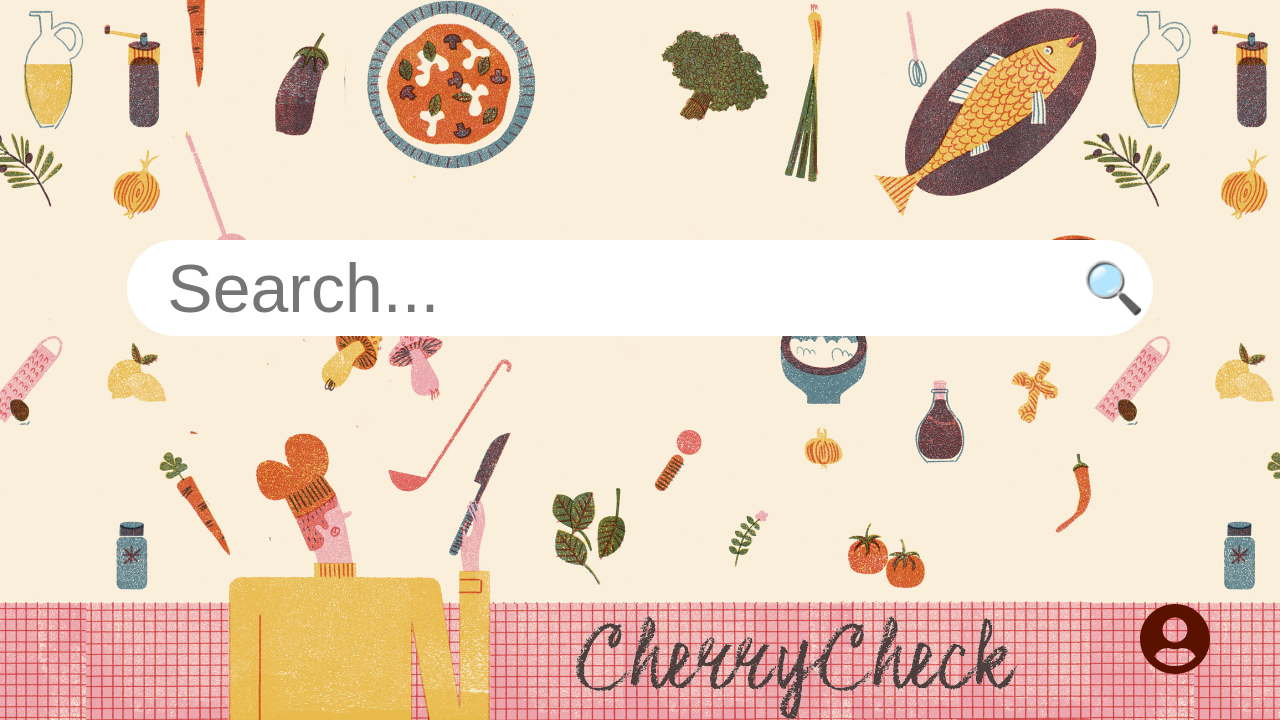
Repository: ChakavakNojavan/CherryCheck
Page: / (app in client/)
An editor plug-in stored every save of this project. The page is shown before and after the next save, followed by the edit.
The browser window is 1280 px wide. The pictures show the whole page.
The project was rebuilt for these pictures with package versions that can differ from the ones it lists, and the page was loaded fresh each time. Also part of the build but not shown: client/src/components/Loading.js, client/src/components/SingleProduct.js, client/src/components/UserProfile.js. Imported but missing from the stored project, and not drawn on this page: client/src/components/LogoutButton.

Above is the page before, as saved 2023-04-12 12:10:54.

### client/public/index.html
<!DOCTYPE html>
<html lang="en">
  <head>
    <meta charset="utf-8" />
    <meta name="viewport" content="width=device-width, initial-scale=1" />
    <link
      href="https://fonts.googleapis.com/css2?family=Jost&display=swap"
      rel="stylesheet"
    />
    <title>Welcome to CherryCheck!</title>
  </head>
  <body>
    <noscript>You need to enable JavaScript to run this app.</noscript>
    <div id="root"></div>
    <!--
      This HTML file is a template.
      If you open it directly in the browser, you will see an empty page.

      You can add webfonts, meta tags, or analytics to this file.
      The build step will place the bundled scripts into the <body> tag.

      To begin the development, run `npm start` or `yarn start`.
      To create a production bundle, use `npm run build` or `yarn build`.
    -->
  </body>
</html>

### client/src/index.js
import React from "react";
import ReactDOM from "react-dom";
import App from "./components/App";
import { Auth0Provider } from "@auth0/auth0-react";

const domain = process.env.REACT_APP_AUTH0_DOMAIN;
const clientId = process.env.REACT_APP_AUTH0_CLIENT_ID;

ReactDOM.render(
  <React.StrictMode>
    <Auth0Provider
      domain={domain}
      clientId={clientId}
      redirectUri={window.location.origin}
    >
      <App />
    </Auth0Provider>
  </React.StrictMode>,
  document.getElementById("root")
);

### client/src/components/App.js
import React, { useEffect, useState } from "react";
import { BrowserRouter, Route, Link, Routes } from "react-router-dom";
import FoodSearch from "./FoodSearch";
import HomePage from "./HomePage";
import SingleProduct from "./SingleProduct";
import { useAuth0 } from "@auth0/auth0-react";
import Profile from "./UserProfile";
import axios from "axios";
import GlobalStyles from "../GlobalStyles";

const App = () => {
  const { isAuthenticated, user: auth0User } = useAuth0();
  const [dbUser, setDbUser] = useState(null);

  useEffect(() => {
    const handleAuthenticatedUser = async (user) => {
      try {
        const response = await axios.post("http://localhost:8000/api/users", {
          user,
        });
        const fetchedDbUser = response.data;
        console.log("User from the database:", fetchedDbUser);
        setDbUser(fetchedDbUser);
      } catch (error) {
        console.error("Error registering or logging in the user:", error);
      }
    };

    if (isAuthenticated && auth0User) {
      handleAuthenticatedUser(auth0User);
    }
  }, [isAuthenticated, auth0User]);

  return (
    <BrowserRouter>
      <GlobalStyles />
      <Routes>
        <Route
          path="/"
          element={<HomePage isAuthenticated={isAuthenticated} />}
        />
        <Route
          path="/search"
          element={<FoodSearch isAuthenticated={isAuthenticated} />}
        />
        <Route
          path="/products/:code"
          element={
            <SingleProduct
              userId={dbUser?._id}
              isAuthenticated={isAuthenticated}
            />
          }
        />
        <Route
          path="/profile"
          element={<Profile isAuthenticated={isAuthenticated} />}
        />

        <Route path="*" element={<h1>404: Oops!</h1>} />
      </Routes>
    </BrowserRouter>
  );
};

export default App;

### client/src/components/FoodSearch.js
import React, { useState, useEffect } from "react";
import { Link, useNavigate } from "react-router-dom";
import styled from "styled-components";
import axios from "axios";

const FoodSearchContainer = styled.div`
  padding: 50px;
  border-radius: 50px;
  position: fixed;
  top: 190px;
`;

const Suggestions = styled.div`
  position: absolute;
  background-color: white;
  border: 1px solid rgb(250, 239, 219);
  border-radius: 5px;
  max-height: 200px;
  overflow-y: auto;
  z-index: 1;
  left: 70px;
  top: 150px;
  width: 80%;
  box-sizing: border-box;
`;

const Suggestion = styled.div`
  display: flex;
  align-items: center;
  padding: 8px 16px;
  cursor: pointer;
  width: 100%;
  box-sizing: border-box;

  &:hover {
    background-color: #f1f1f1;
  }
`;

const ProductImage = styled.img`
  width: 40px;
  height: 40px;
  margin-right: 8px;
  object-fit: cover;
`;

const StyledLink = styled(Link)`
  text-decoration: none;
  color: inherit;
`;

const SearchBox = styled.div`
  position: relative;
  display: flex;
  align-items: center;
  background-color: rgba(255, 255, 255, 1);
  border-radius: 50px;
  padding: 8px;
`;

const SearchInput = styled.input`
  border: none;
  outline: none;
  width: 100%;
  font-size: 68px;
  border-radius: 50px;
  margin: 0 30px;
`;

const MagnifierIcon = styled.div`
  font-size: 50px;
  margin-left: 8px;
  cursor: pointer;
`;

const FoodSearch = () => {
  const [searchTerm, setSearchTerm] = useState("");
  const [products, setProducts] = useState([]);
  const navigate = useNavigate();

  const handleSearchChange = (e) => {
    setSearchTerm(e.target.value);
  };

  useEffect(() => {
    if (searchTerm) {
      searchProducts();
    } else {
      setProducts([]);
    }
  }, [searchTerm]);

  const searchProducts = async () => {
    try {
      if (searchTerm.trim() !== "") {
        const response = await axios.get(
          `http://localhost:8000/api/search?searchTerm=${searchTerm}`
        );
        console.log("Response:", response);
        setProducts(response.data.products);
      } else {
        setProducts([]);
      }
    } catch (error) {
      console.error("An error occurred while searching for products:", error);
    }
  };

  const handleSuggestionClick = (code) => {
    navigate(`/products/${code}`);
  };

  return (
    <FoodSearchContainer>
      <SearchBox>
        <SearchInput
          type="text"
          placeholder="Search..."
          value={searchTerm}
          onChange={handleSearchChange}
          autoComplete="off"
        />
        <MagnifierIcon onClick={searchProducts}>&#128269;</MagnifierIcon>
      </SearchBox>
      {products.length > 0 && (
        <Suggestions>
          {products.map((product) => (
            <Suggestion
              key={product.id}
              onClick={() => handleSuggestionClick(product.id)}
            >
              <ProductImage
                src={product.image_small_url}
                alt={product.product_name}
              />
              <StyledLink to={`/products/${product.id}`}>
                {product.product_name}
              </StyledLink>
            </Suggestion>
          ))}
        </Suggestions>
      )}
    </FoodSearchContainer>
  );
};

export default FoodSearch;

### client/src/components/HomePage.js
import React from "react";
import styled from "styled-components";
import backgroundImage from "./assets/BG.png";
import Auth0 from "./Auth0";
import FoodSearch from "./FoodSearch";

const Wrapper = styled.div`
  background-image: url(${backgroundImage});
  background-size: auto 100%;
  background-position: center bottom;
  min-height: 100vh;
  display: flex;
  flex-direction: column;
  justify-content: center;
  align-items: center;
`;
const Auth0Container = styled.div`
  position: absolute;
  bottom: 28px;
  right: 70px;
`;
const HomePage = () => {
  return (
    <>
      <Wrapper>
        <FoodSearch />
        <Auth0Container>
          <Auth0 />
        </Auth0Container>
      </Wrapper>
    </>
  );
};

export default HomePage;

### client/src/GlobalStyles.js
import { createGlobalStyle } from "styled-components";
export default createGlobalStyle`

// Define global CSS variables for consistent use throughout the app
:root{
  --color-blue-gray: #559EE1;
  --color-charcoal: #233D4D;
  --color-pumpkin: #FE7F2D;
  --color-sunglow: #FCCA46;
  --color-olivine: #A1C181;
  --font-headers: 'Jost', sans-serif; // Update the font family for headers
  --font-all:'Jost', sans-serif; // Update the font family for all text

}
/* Apply a reset to all HTML elements for consistent styling across browsers */
html, body, div, span, applet, object, iframe,
h1, h2, h3, h4, h5, h6, p, blockquote, pre,
a, abbr, acronym, address, big, cite, code,
del, dfn, em, img, ins, kbd, q, s, samp,
small, strike, strong, sub, sup, tt, var,
b, u, i, center,
dl, dt, dd, ol, ul, li,
fieldset, form, label, legend,
table, caption, tbody, tfoot, thead, tr, th, td,
article, aside, canvas, details, embed,
figure, figcaption, footer, header, hgroup,
menu, nav, output, ruby, section, summary,
time, mark, audio, video {
	margin: 0;
	padding: 0;
	border: 0;
	font-size: 100%;
	font: inherit;
	vertical-align: baseline;
}
/* HTML5 display-role reset for older browsers */
article, aside, details, figcaption, figure,
footer, header, hgroup, menu, nav, section {
	display: block;
}
/* Set the line-height of the body to 1 for consistent spacing */
body {
	line-height: 1;
}
/* Remove bullet points from lists */
ol, ul {
	list-style: none;
}
/* Remove quotation marks from blockquotes and quotes */
blockquote, q {
	quotes: none;
}
blockquote:before, blockquote:after,
q:before, q:after {
	content: '';
	content: none;
}
/* Remove table borders and spacing */
table {
	border-collapse: collapse;
	border-spacing: 0;
}
/* Set font-family and color for paragraphs, list items, and spans */
p,li,span{
  font-family: var(--font-all);
  color: var(--color-charcoal);
}
/* Set font-family for buttons and labels */
button{
  font-family:  var(--font-all);
}
label{
  font-family: var(--font-all)
}
/* Set font-family and color for headings */
h1, h2, h3, h4, h5, h6{
  font-family: var(--font-headers);
  color: var(--color-charcoal);
}
`;

### client/src/components/Auth0.js
import React, { useEffect, useState } from "react";
import { useNavigate } from "react-router-dom";
import { useAuth0 } from "@auth0/auth0-react";
import axios from "axios";
import LoginButton from "./LoginButton";

const Auth0 = () => {
  const navigate = useNavigate();
  const { isAuthenticated, user: auth0User } = useAuth0();
  const [dbUser, setDbUser] = useState(null);

  useEffect(() => {
    const handleAuthenticatedUser = async (user) => {
      try {
        const response = await axios.post("http://localhost:8000/api/users", {
          user,
        });
        const fetchedDbUser = response.data;
        console.log("User from the database:", fetchedDbUser);
        setDbUser(fetchedDbUser);
      } catch (error) {
        console.error("Error registering or logging in the user:", error);
      }
    };

    if (isAuthenticated && auth0User) {
      handleAuthenticatedUser(auth0User);
    }
  }, [isAuthenticated, auth0User]);

  const handleClick = () => {
    if (isAuthenticated) {
      navigate("/profile");
    }
  };

  return (
    <div onClick={handleClick}>
      {isAuthenticated && auth0User ? (
        <img
          src={auth0User.picture}
          alt={auth0User.name}
          style={{ borderRadius: "50%", cursor: "pointer" }}
        />
      ) : (
        <LoginButton />
      )}
    </div>
  );
};

export default Auth0;

### client/src/components/LoginButton.js
import React from "react";
import { useAuth0 } from "@auth0/auth0-react";
import { FaUserCircle } from "react-icons/fa";
import styled from "styled-components";

const Icon = styled(FaUserCircle)`
  font-size: 100px;
  color: rgb(91, 17, 0);
  pointer-events: none;
`;

const IconContainer = styled.div`
  display: inline-flex;
  align-items: center;
  justify-content: center;
  width: 70px;
  height: 70px;
  &:hover {
    cursor: pointer;
  }
`;

const LoginButton = () => {
  const { loginWithRedirect } = useAuth0();

  return (
    <IconContainer onClick={() => loginWithRedirect()}>
      <Icon />
    </IconContainer>
  );
};

export default LoginButton;

After the next save:
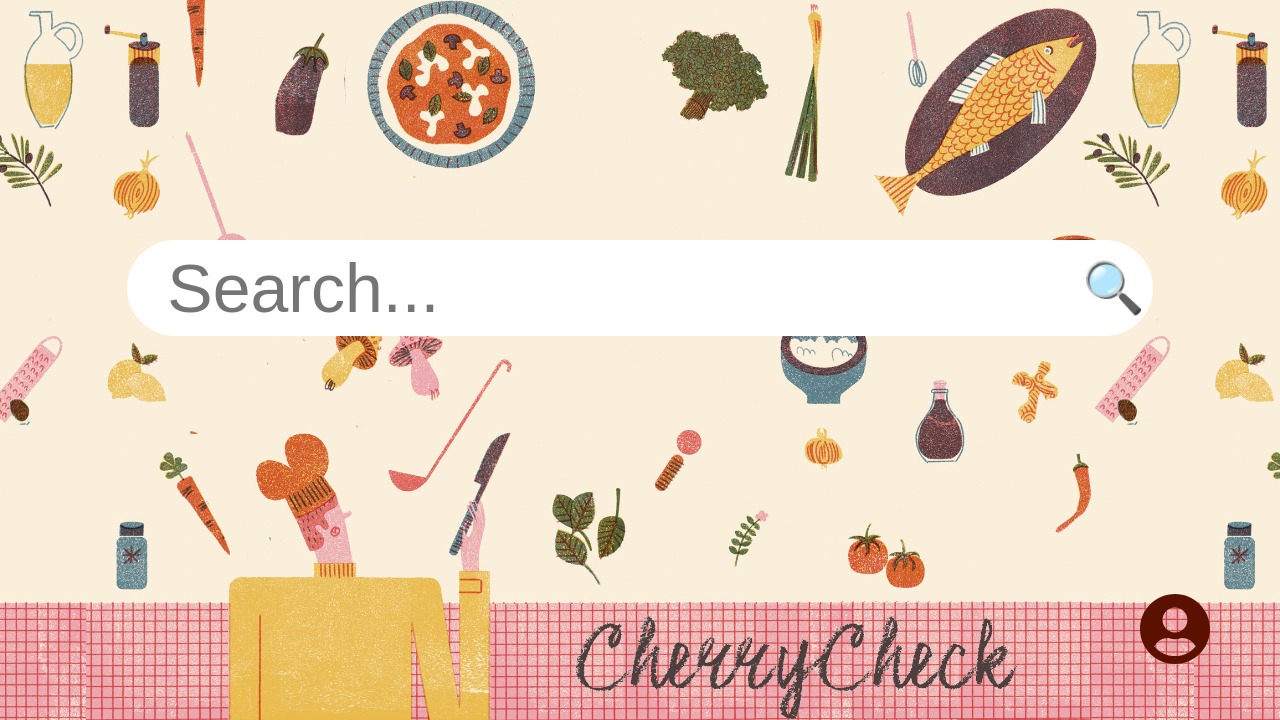
Saved 13 s later.
--- a/client/src/components/LoginButton.js
+++ b/client/src/components/LoginButton.js
@@ -4,7 +4,7 @@ import { FaUserCircle } from "react-icons/fa";
 import styled from "styled-components";
 
 const Icon = styled(FaUserCircle)`
-  font-size: 100px;
+  font-size: 120px;
   color: rgb(91, 17, 0);
   pointer-events: none;
 `;
